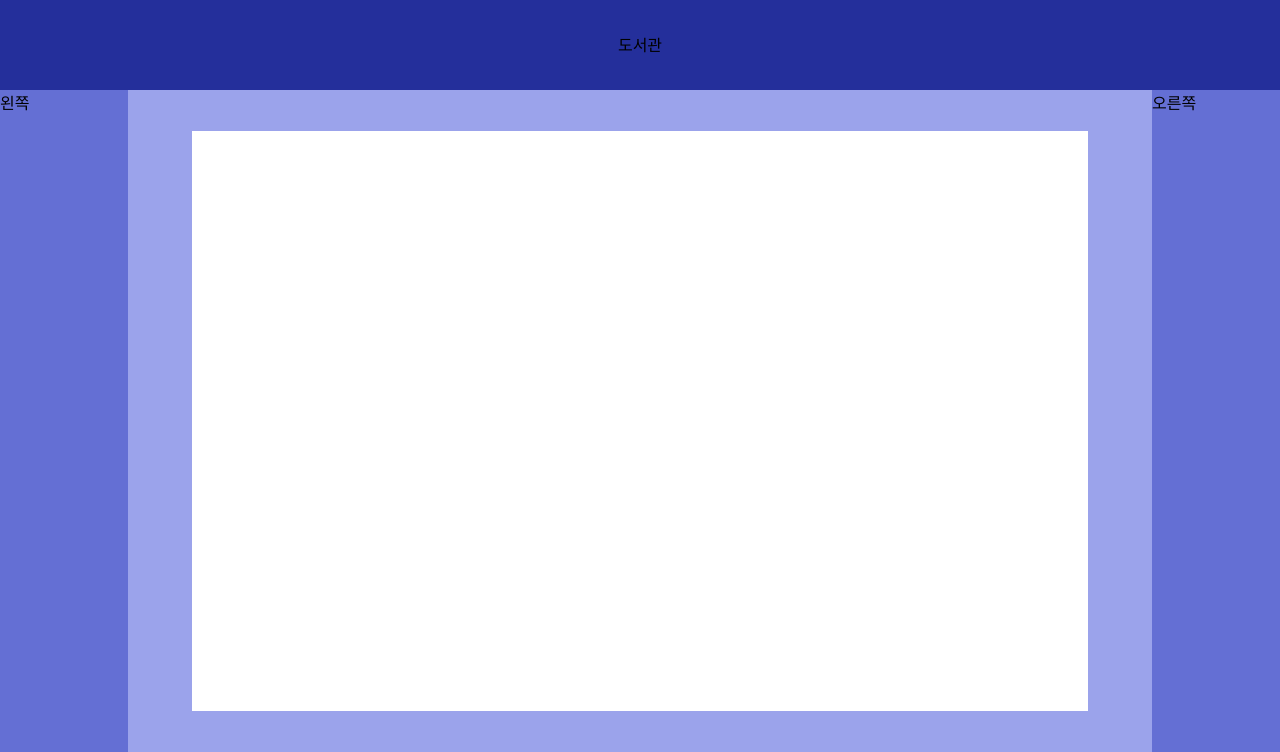
Repository: sojihwan/API_-Multi
Page: / (app in API/)
An editor plug-in stored every save of this project. The page is shown before and after the next save, followed by the edit.
The browser window is 1280 px wide. The pictures show the whole page.
The project was rebuilt for these pictures with package versions that can differ from the ones it lists, and the page was loaded fresh each time. Also part of the build but not shown: API/src/App.css.

Above is the page before, as saved 2022-05-24 16:13:11.

After the next save:
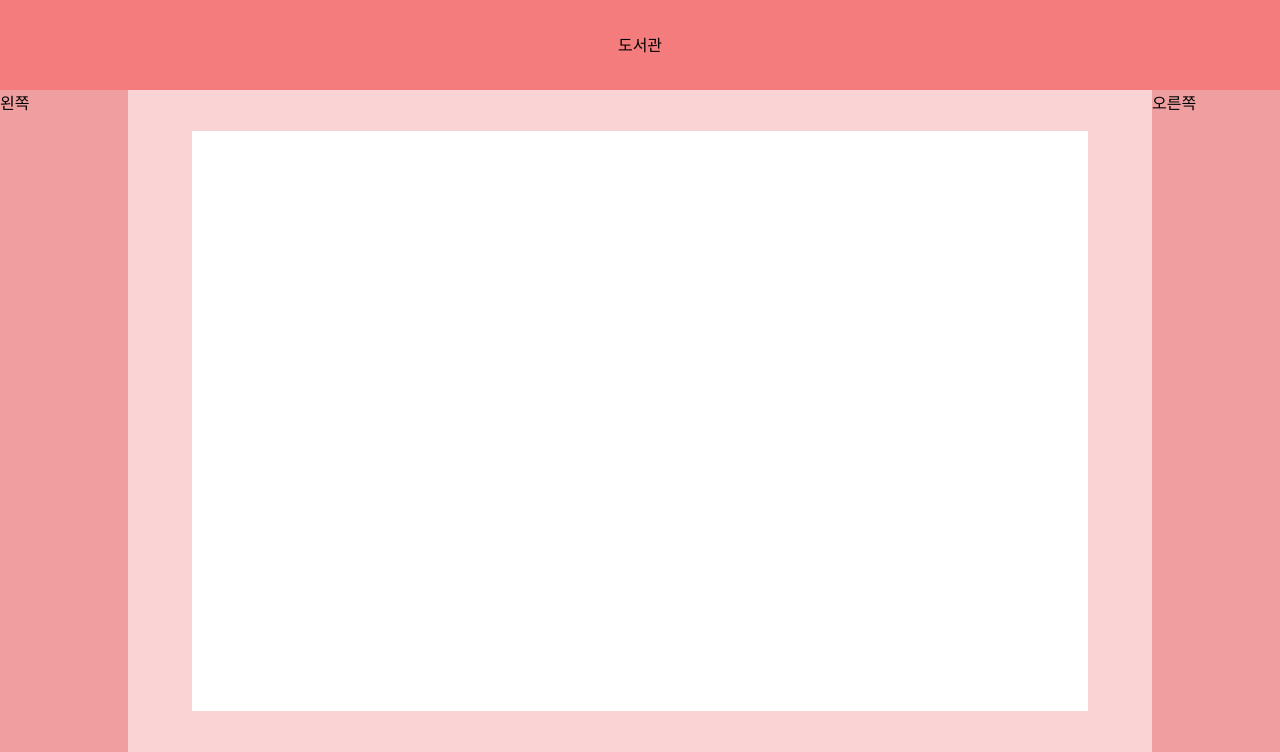
Saved 27 s later.
--- a/API/src/Layout/layout.css
+++ b/API/src/Layout/layout.css
@@ -8,12 +8,12 @@ header {
   height: 90px;
   line-height: 90px;
   text-align: center;
-  background: #242F9B;
+  background: #F47C7C;
 }
 
 aside {
   top: 90px;
-  background: #646FD4;
+  background: #EF9F9F;
 }
 
 main aside:first-child {
@@ -28,7 +28,7 @@ main {
   justify-content: center;
   align-items: center;
   min-height: 91.9vh;
-  background: #9BA3EB;
+  background: #FAD4D4;
 }
 
 main aside:last-child {
